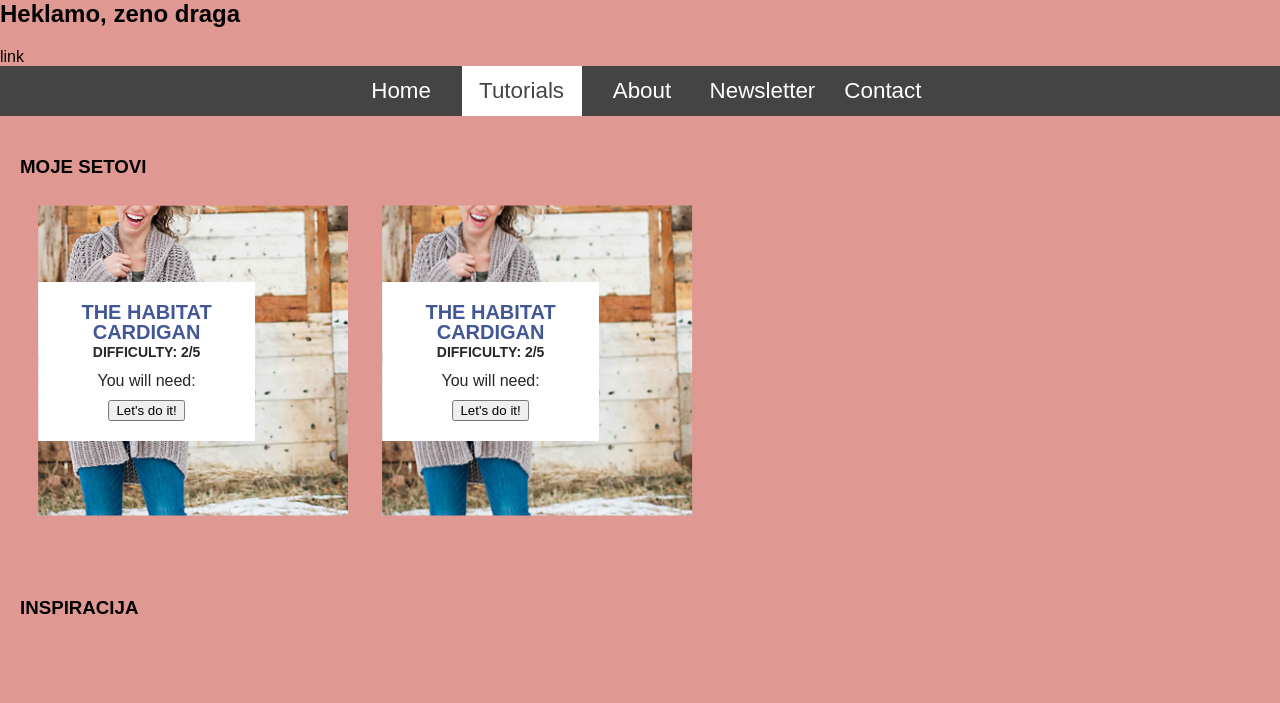
Repository: sdnc/Heklamo
Page: index.html
These files come from the project's save history. The page is drawn as it stood at one moment and after the next save; the edit follows.
The browser window is 1280 px wide. The pictures show the whole page.

Above is the page before, as saved 2020-12-24 14:47:39.
Console error: ReferenceError: $ is not defined

After the next save:
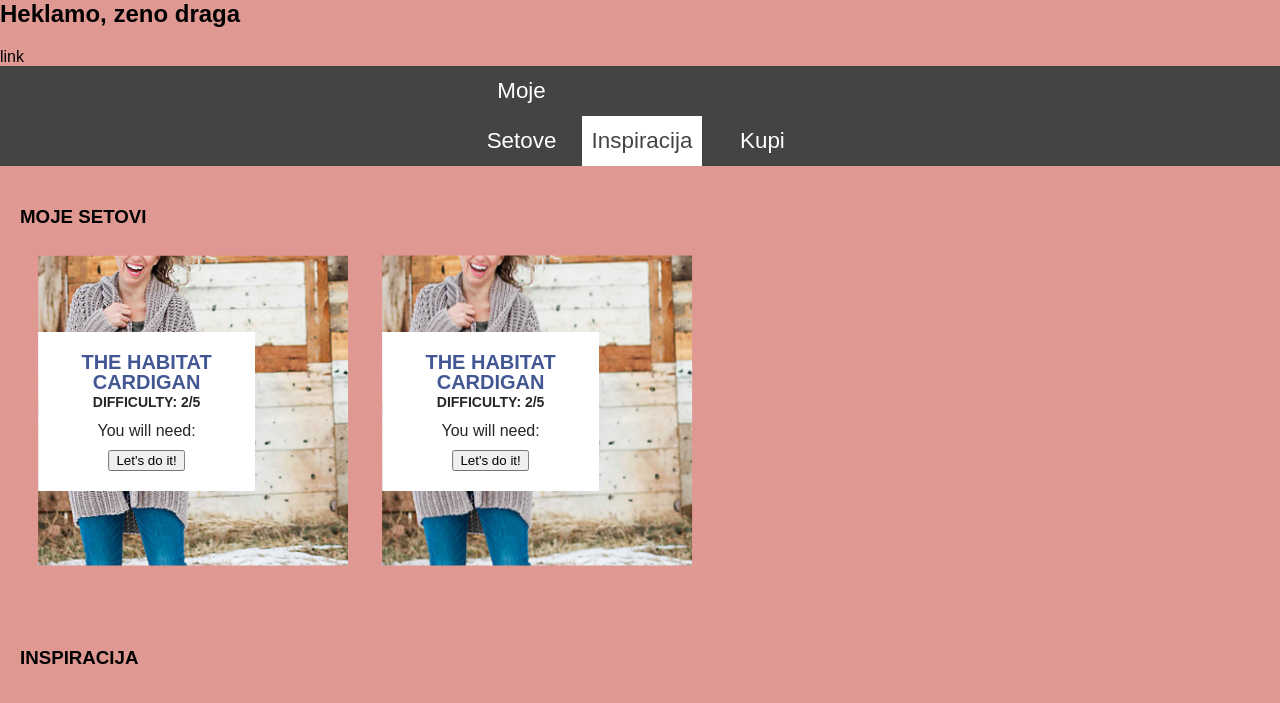
Saved 53 s later.
--- a/index.html
+++ b/index.html
@@ -19,11 +19,9 @@
   </section>
   <section class="nav">
     <ul>
-      <li class="home"><a href="#">Home</a></li>
-      <li class="tutorials"><a class="active" href="#">Tutorials</a></li>
-      <li class="about"><a href="#">About</a></li>
-      <li class="news"><a href="#">Newsletter</a></li>
-      <li class="contact"><a href="#">Contact</a></li>
+      <li class="setove"><a href="#">Moje Setove</a></li>
+      <li class="inspiracija"><a class="active" href="#">Inspiracija</a></li>
+      <li class="kupi"><a href="#">Kupi</a></li>
     </ul>
   </section>
     <section id="sets" class="divider">
